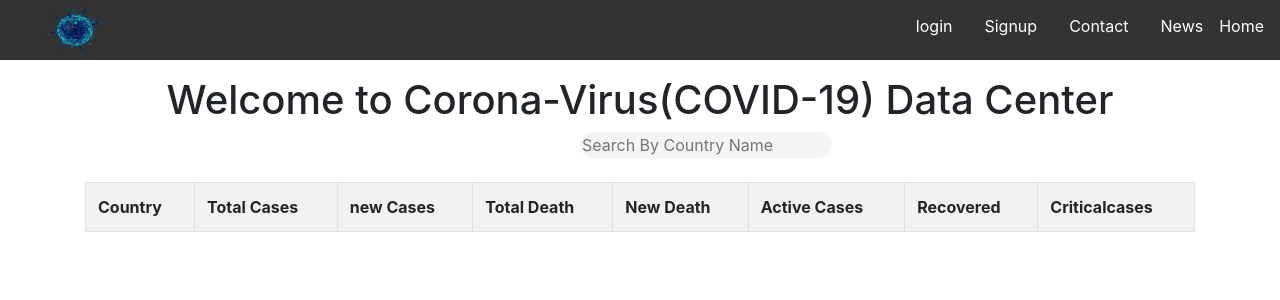
Repository: xthashankar/COVID-19-data-
Page: index.html
These files come from the project's save history. The page is drawn as it stood at one moment and after the next save; the edit follows.
The browser window is 1280 px wide. The pictures show the whole page.
The page's requests for data from a server got no answer.

Above is the page before, as saved 2020-04-10 12:37:47.

### index.html
<!DOCTYPE html>
<html lang="en">
<head>
    <meta charset="UTF-8">
    <meta name="viewport" content="width=device-width, initial-scale=1.0">
    <link rel="stylesheet" href="https://maxcdn.bootstrapcdn.com/bootstrap/4.4.1/css/bootstrap.min.css">
     <script src="https://ajax.googleapis.com/ajax/libs/jquery/3.4.1/jquery.min.js"></script>
     <script src="https://cdnjs.cloudflare.com/ajax/libs/popper.js/1.16.0/umd/popper.min.js"></script>
    <script src="https://maxcdn.bootstrapcdn.com/bootstrap/4.4.1/js/bootstrap.min.js"></script>
    <link rel="stylesheet" href="css/styles.css">
    <title>Document</title>
</head>
<body>
    <ul>
        <img src="image/coronavirus.png">
        <li><a class="nav" href="#">Home</a></li>
        <li><a href="#">News</a></li>
        <li><a href="#">Contact</a></li>
        <li><a href="#">Signup</a></li>
        <li><a href="#">login</a></li>
    </ul>

    <h1>Welcome to Corona-Virus(COVID-19) Data Center</h1>
    <input type="text" name="filter" id="search" placeholder="Search By Country Name" onkeyup="search()">
    <div class="container">

        <br>
        <table class="table table-bordered  table-striped">
            <thread>
                <tr>
                    <th>Country</th>
                    <th>Total Cases</th>
                    <th>new Cases</th>
                    <th>Total Death</th>
                    <th>New Death</th>
                    <th>Active Cases</th>
                    <th>Recovered</th>
                    <th>Criticalcases</th>
            </tr>
            </thread>
            <tbody  id="coranavirus">
            </tbody>
        </table>
    </div>
</body>
<script src="javascript/main.js"></script>
</html>

### css/styles.css
ul{
    list-style-type:none;
    overflow: hidden;
    background-color:#333;
}
li{
   float:right;
}
li a{

    display: block;
    color:white;
    text-align: center;
    padding: 14px 16px;
    text-decoration: none;
}
li a:hover{
    background-color: #111;
}
h1{
    text-align: center;
}
#search{

    border-radius: 10px;
    margin:5 auto;
    border-radius: 10px;
    margin-left: 580px;
    border: none;
    border-radius: 15px;
    background-color:whitesmoke;
}
img{
    width:70px;
    height:60px;
}

### javascript/main.js
// let who='';
let URL='https://nepalcorona.info/api/v1/data/world'
fetch(URL)
.then(function(response){
   return response.json()
}).then(function(covid){
//    console.log(covid);
       if(covid.length>0)
       {
           var coviddata='';
           covid.forEach(function(data){
            // coviddata +="<tr>";
            if(data.country!="")
            {
            coviddata +="<tr><td>"+data.country+"</td>";
            coviddata +="<td>"+data.totalCases+"</td>";
            coviddata +="<td>"+data.newCases+"</td>";
            coviddata +="<td>"+data.totalDeaths+"</td>";
            coviddata +="<td>"+data.newDeaths+"</td>";
            coviddata +="<td>"+data.activeCases+"</td>";
            coviddata +="<td>"+data.totalRecovered+"</td>";
            coviddata +="<td>"+data.criticalCases+"</td></tr>";
            console.log(coviddata);
            }
            document.getElementById('coranavirus').innerHTML=coviddata;
           })
       }
   })
   //for search
function search(){
    let filter=document.getElementById("search").value.toUpperCase();
    let table=document.getElementById("coranavirus");
    let tr=table.getElementsByTagName("tr");
    for(let i=0;i<tr.length;i++)
    {
     let td=tr[i].getElementsByTagName("td")[0];
        if(td)
        {
         let txtValue=td.textContent||td.innerText;
         if(txtValue.toUpperCase().indexOf(filter)>-1)
            {
            tr[i].style.display="";
            }else
            {
            tr[i].style.display="none";
            }
        }
    }
}

After the next save:
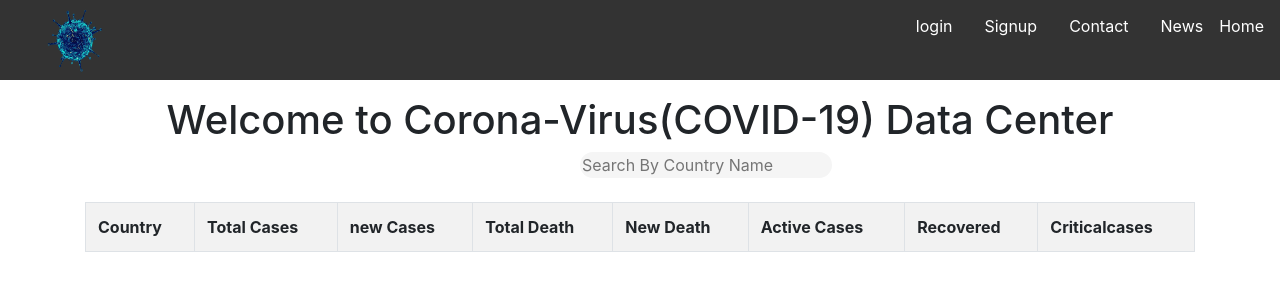
Saved 20 s later.
--- a/css/styles.css
+++ b/css/styles.css
@@ -32,5 +32,5 @@ h1{
 }
 img{
     width:70px;
-    height:60px;
+    height:80px;
 }
